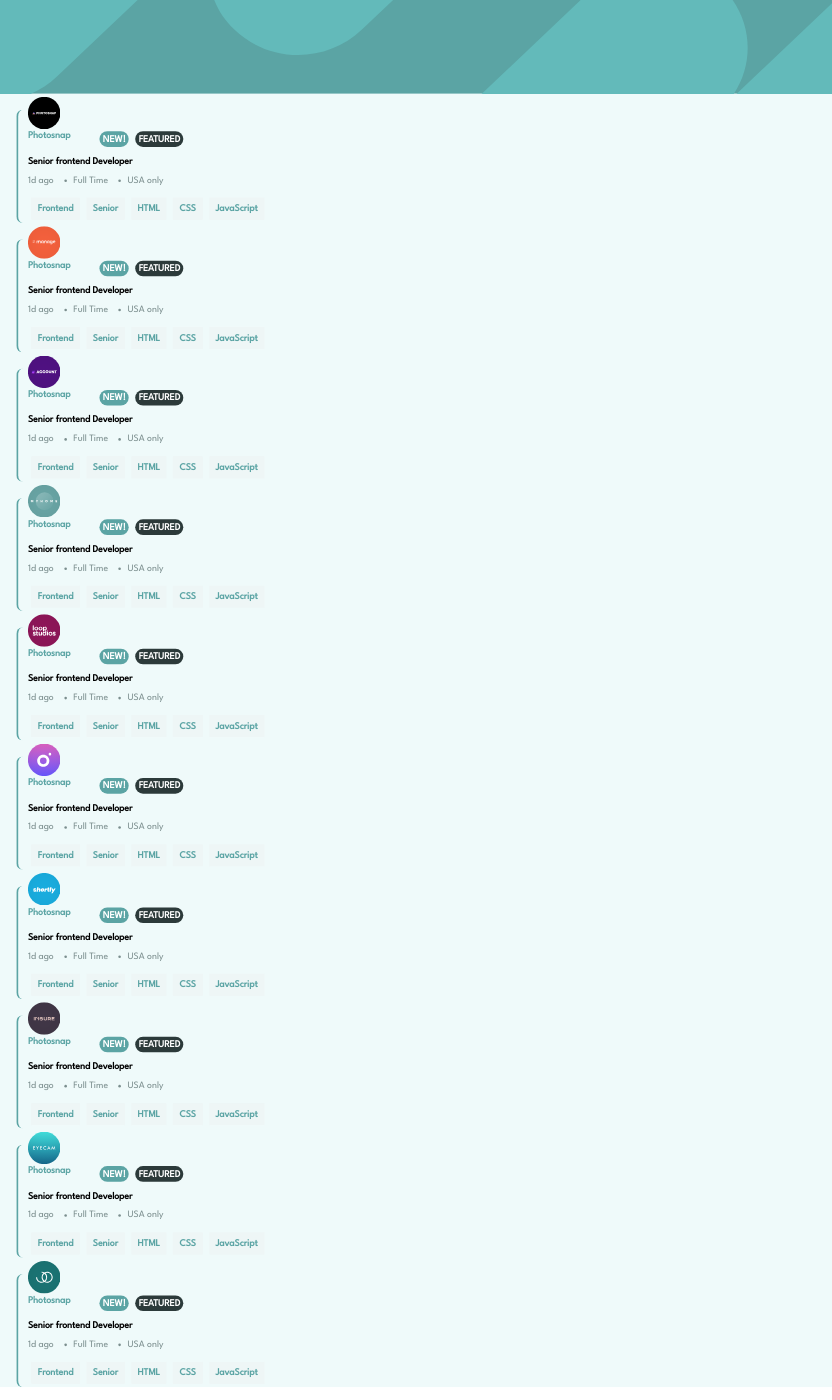
Repository: DevLaukey/job-listing
Page: /
These files come from the project's save history. The page is drawn as it stood at one moment and after the next save; the edit follows.
The browser window is 1280 px wide. The pictures show the whole page, at 65% of full size.
Some web fonts or font styles are not loaded; a fallback is used. The project was rebuilt for these pictures with package versions that can differ from the ones it lists, and the page was loaded fresh each time.

Above is the page before, as saved 2022-06-02 23:28:56.

After the next save:
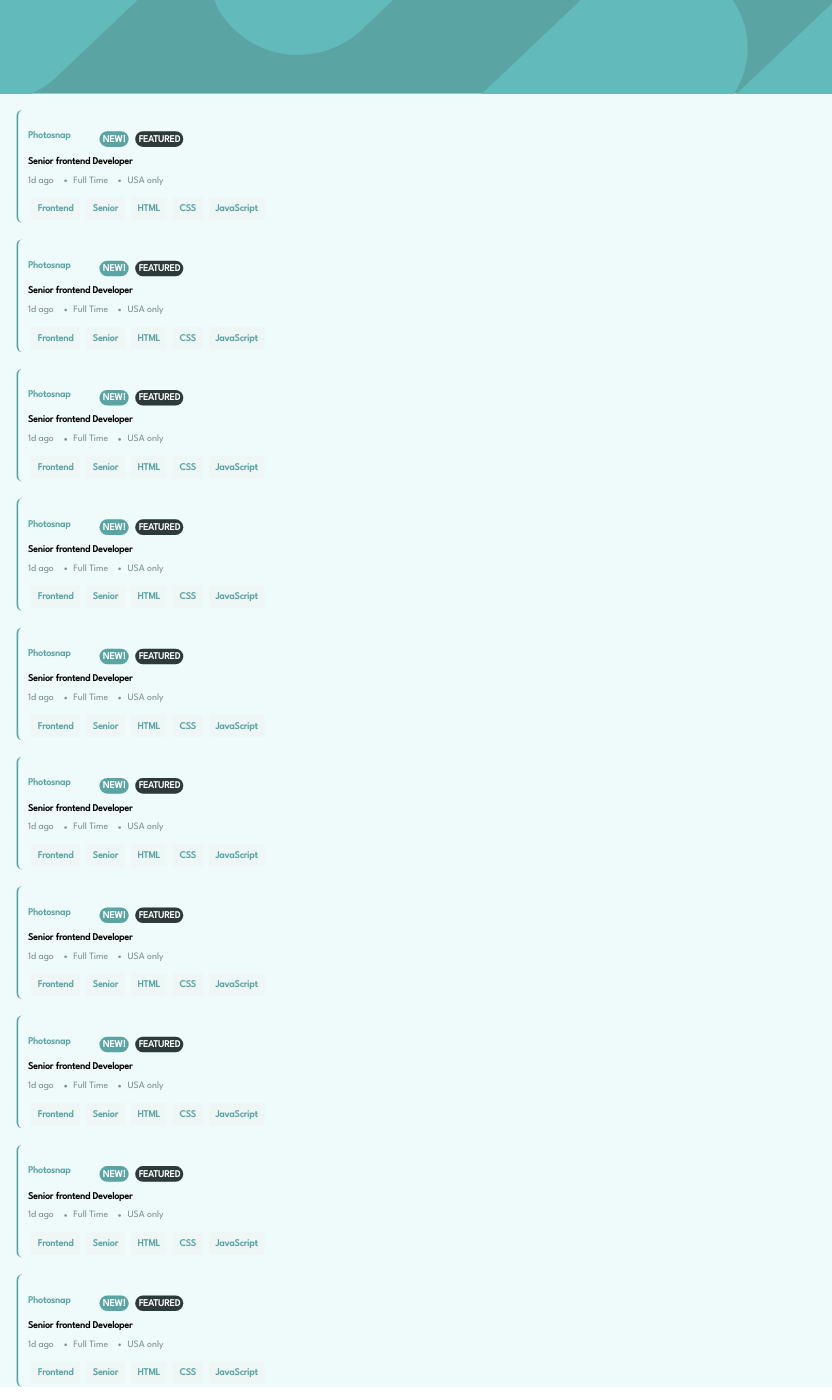
Saved 2 min 49 s later.
--- a/src/App.js
+++ b/src/App.js
@@ -6,8 +6,18 @@ import data from "./data.json";
 function App() {
   const tablets = data.map((data) => <Tablet
     key={data.id}
-
-    img={data.logo} />);
+    company={data.company}
+    new={data.new}
+    featured={data.featured}
+    position={data.position}
+    role={data.role}
+    level={data.level}
+    postedAt={data.postedAt}
+    contract={data.contract}
+    location={data.location}
+    languages={data.languages}
+    tools={data.tools}
+    logo={data.logo} />);
   return (
     <div className="App">
       <Header />

After the 3 saves that followed:
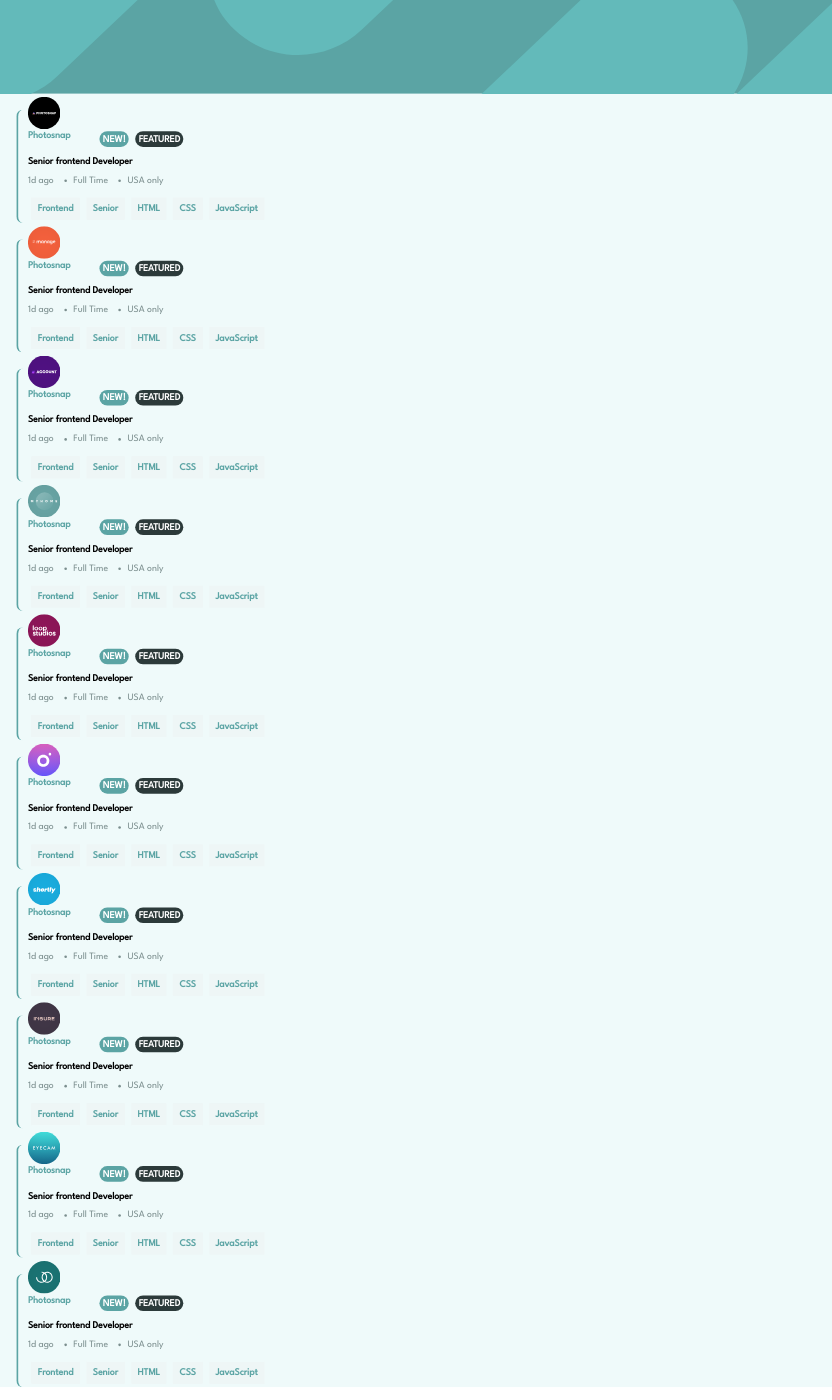
The 3 saves are shown as one change because 1 did not build or start and 1 left the picture as it was.
The last was saved 118 s later.
--- a/src/App.js
+++ b/src/App.js
@@ -7,7 +7,7 @@ function App() {
   const tablets = data.map((data) => <Tablet
     key={data.id}
     company={data.company}
-    new={data.new}
+    neew={data.new}
     featured={data.featured}
     position={data.position}
     role={data.role}
--- a/src/components/Tablet.js
+++ b/src/components/Tablet.js
@@ -2,13 +2,13 @@ import React from "react";
 import "./styles.css";
 import id from "./images/insure.svg"
 
-function Tablet({img}) {
+function Tablet({ company, logo ,neew ,featured, position, role, level, postedAt, contract, location,languages, tools}) {
 console.log()
     return (
 
     <div className="tablet">
       <div className="tablet_content">
-        <img className="image" src={img} alt="" />
+        <img className="image" src={logo} alt="" />
 
         <div className="heading">
           <div className="company">
